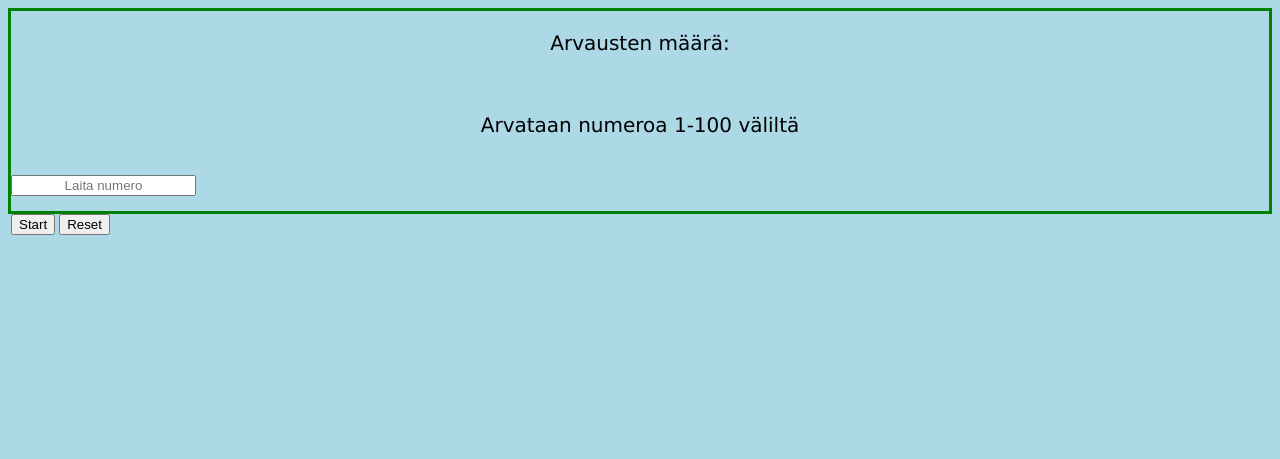
Repository: VadimZubchenko/numeronarvouspeli_JS
Page: public/index.html
The author's editor kept a copy of each file at every save. The page is drawn from the files as they stood at one save, then again after the next save.
The browser window is 1280 px wide. The pictures show the whole page.

Above is the page before, as saved 2022-04-26 07:56:04.

After the next save:
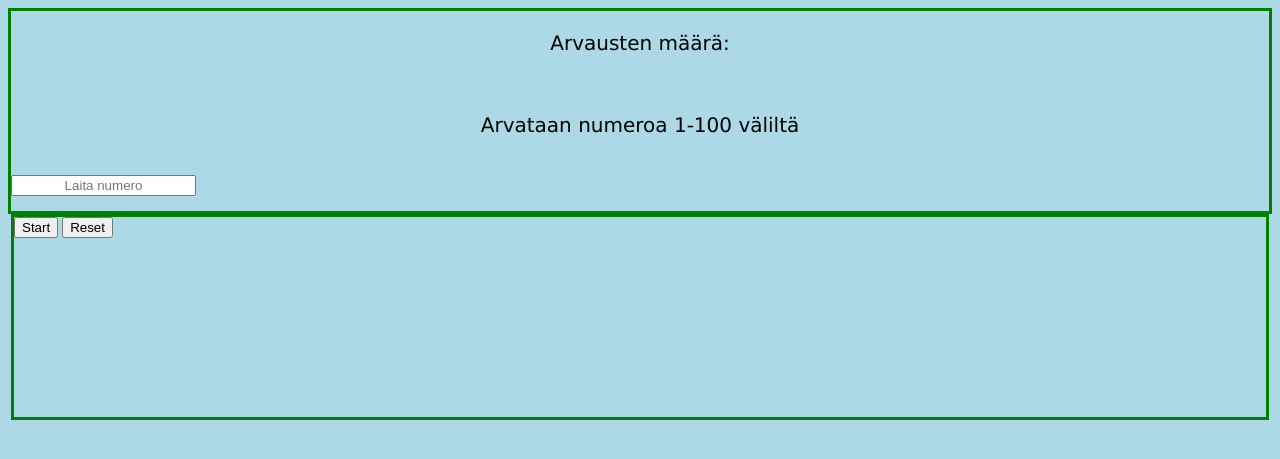
Saved 34 s later.
--- a/public/index.html
+++ b/public/index.html
@@ -9,7 +9,7 @@
   <link rel="stylesheet" href="mystyle.css">
 </head>
 <body>
-  <div class="container">
+  <div>
     <p id="maara" >Arvausten määrä: </p>
     <br>
     <p id="message" value="0"> Arvataan numeroa 1-100 väliltä </p>
@@ -17,8 +17,11 @@
     <input type="text" id="numero" name="numero" onfocus="this.value='' "placeholder="Laita numero">
     <br>
     <br>
-    <button id="startGame" onclick="startGame()">Start</button>
-    <button id="resetGame" onclick="resetGame()">Reset</button>
+    <div>
+      <button id="startGame" onclick="startGame()">Start</button>
+      <button id="resetGame" onclick="resetGame()">Reset</button>
+    </div>
+
 
   </div>
 </body>
